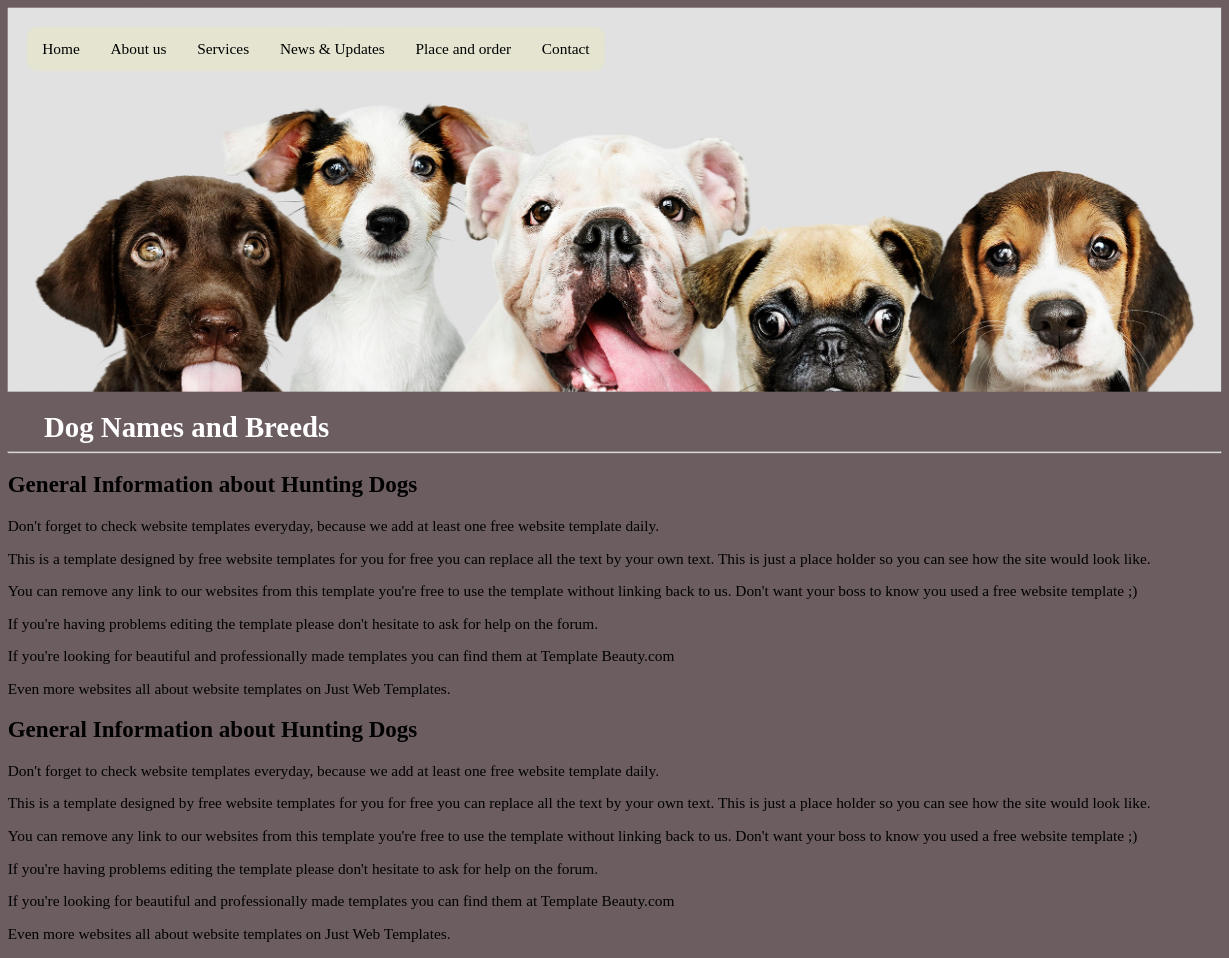
Repository: Tayma-Kazmouz/labwork
Page: index.html
An editor plug-in stored every save of this project. The page is shown before and after the next save, followed by the edit.
The browser window is 1280 px wide. The pictures show the whole page, at 96% of full size.

Above is the page before, as saved 2022-04-04 16:39:07.

### index.html
<!DOCTYPE html>
<html lang="en">
<head>
    <meta charset="UTF-8">
    <meta http-equiv="X-UA-Compatible" content="IE=edge">
    <meta name="viewport" content="width=device-width, initial-scale=1.0">
    <title>LabWork1</title>
    <link rel="stylesheet" href="styles.css">
</head>
<body>
    <div class="banner">
          <div class="nav">
            <ul>
                <li><a class="active" href="#">Home</a></li>
                <li><a href="#">About us</a></li>
                <li><a href="#">Services</a></li>
                <li><a href="#">News & Updates</a></li>
                <li><a href="#">Place and order</a></li>
                <li><a href="#">Contact</a></li>
            </ul>
        </div>
      </div>
      <h1>Dog Names and Breeds</h1>
      <hr>
      <div class="container-one">

          <h2>General Information about Hunting Dogs</h2>
          <p>Don't forget to check website templates everyday, because we add at least one free website template daily.</p>
          <p>This is a template designed by free website templates for you for free you can replace all the text by your own text. This is just a place holder so you can see how the site would look like.</p>
          <p>You can remove any link to our websites from this template you're free to use the template without linking back to us. Don't want your boss to know you used a free website template ;)</p>
          <p>If you're having problems editing the template please don't hesitate to ask for help on the forum.</p>
          <p>If you're looking for beautiful and professionally made templates you can find them at Template Beauty.com</p>
          <p>Even more websites all about website templates on Just Web Templates.</p>

          <h2>General Information about Hunting Dogs</h2>
          <p>Don't forget to check website templates everyday, because we add at least one free website template daily.</p>
          <p>This is a template designed by free website templates for you for free you can replace all the text by your own text. This is just a place holder so you can see how the site would look like.</p>
          <p>You can remove any link to our websites from this template you're free to use the template without linking back to us. Don't want your boss to know you used a free website template ;)</p>
          <p>If you're having problems editing the template please don't hesitate to ask for help on the forum.</p>
          <p>If you're looking for beautiful and professionally made templates you can find them at Template Beauty.com</p>
          <p>Even more websites all about website templates on Just Web Templates.</p>
      </div>
</body>
</html>

### styles.css
body{
    background-color: rgb(107, 93, 96);
}

.banner{
    background-image: url(images/banner.jpg);
    height: 400px;
    position: relative;
    background-position: center;
    background-repeat: no-repeat;
    background-size: cover;
}

.nav{
    background-color: rgb(228, 228, 208);
    border-radius: 10px;
    width: auto;
    position: absolute;
    margin: 20px;
}
ul {
    list-style-type: none;
    margin: 0;
    padding: 0;
    overflow: hidden;
  }

  li {
    float: left;
  }

  li a {
    display: block;
    color: black;
    text-align: center;
    padding: 14px 16px;
    text-decoration: none;
  }

h1{
    color: white;
    font-weight: 600px;
    font-size: 30px;
    margin-bottom: 0;
    margin-left: 3%;
}

After the next save:
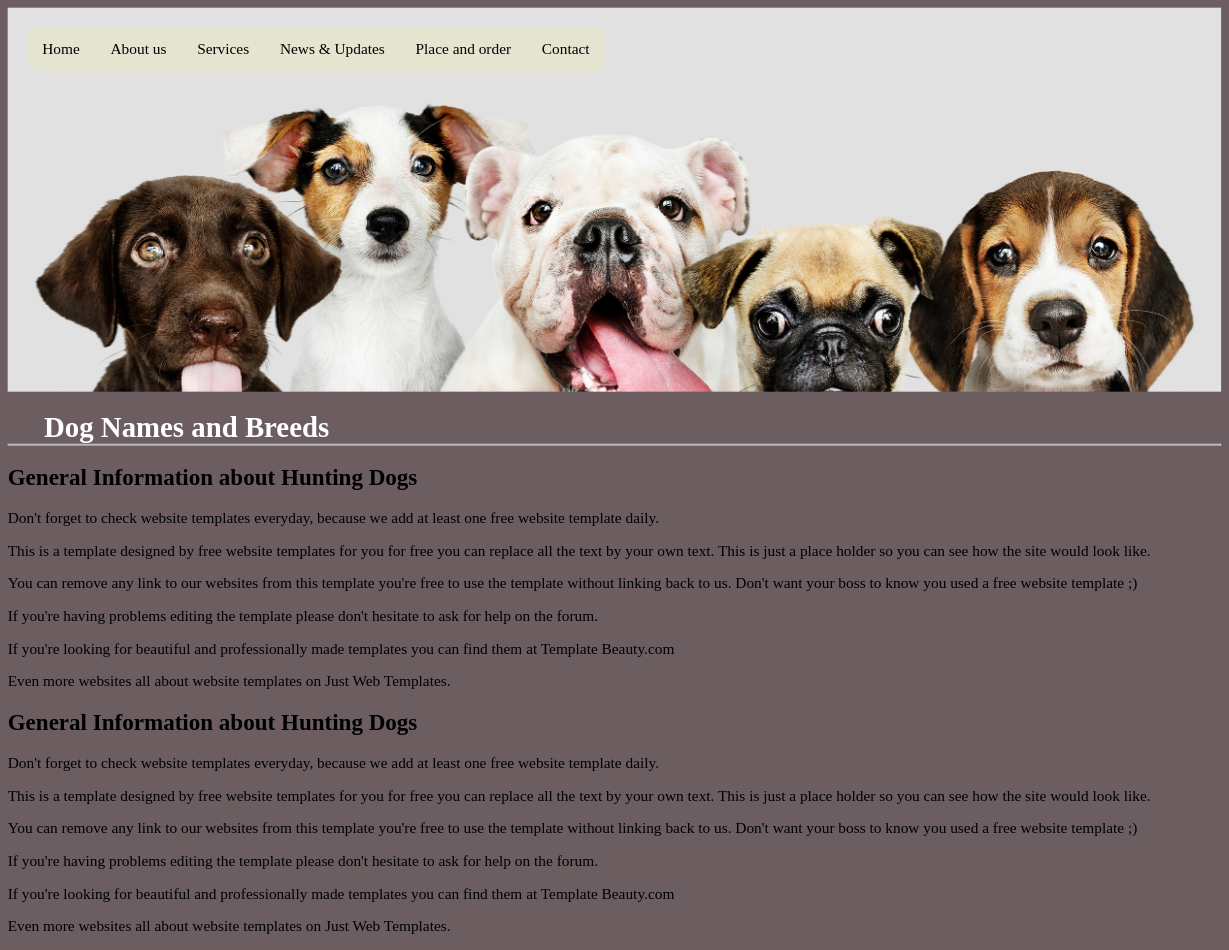
Saved 15 s later.
--- a/index.html
+++ b/index.html
@@ -21,7 +21,7 @@
         </div>
       </div>
       <h1>Dog Names and Breeds</h1>
-      <hr>
+      <hr style="margin-top: 0px;">
       <div class="container-one">
 
           <h2>General Information about Hunting Dogs</h2>
